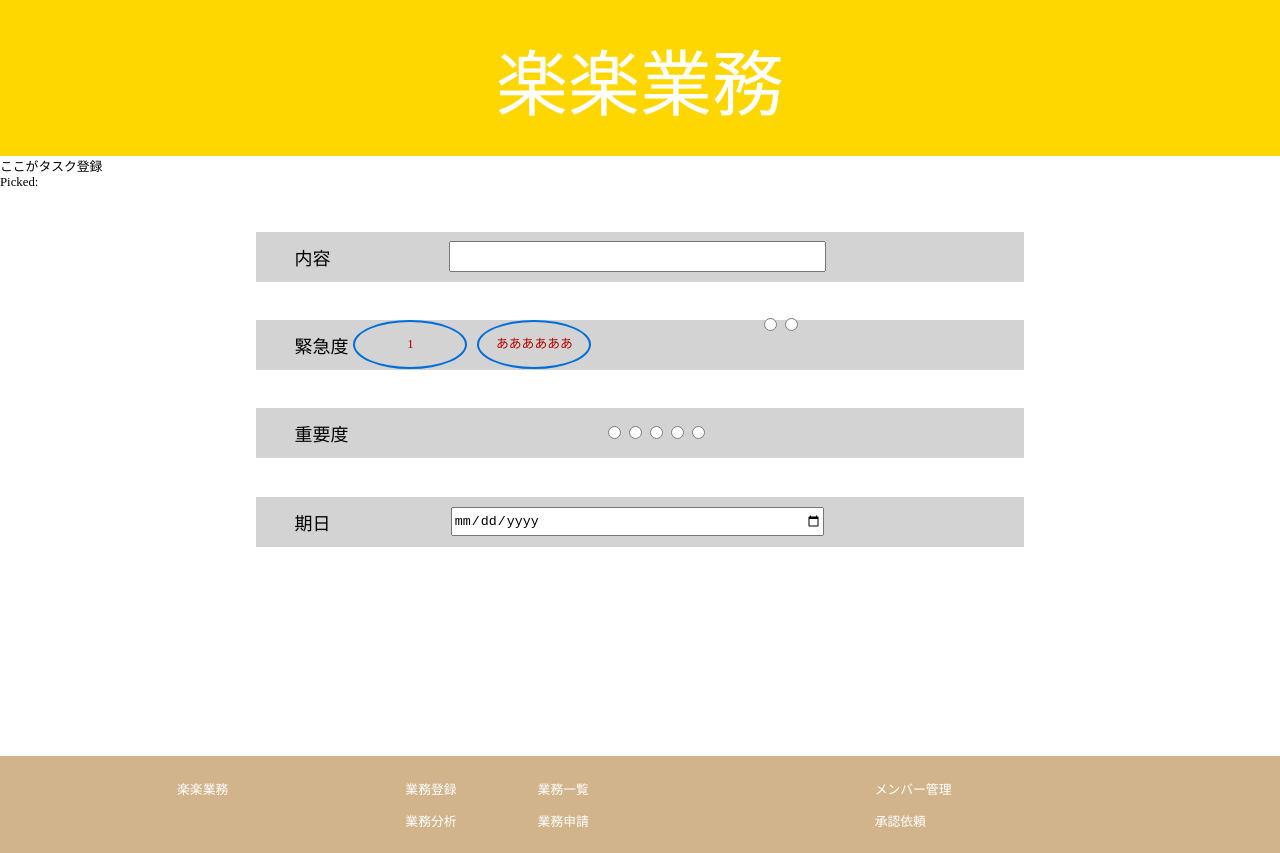
Repository: Reiya-1003/VueReplaceTask
Page: /#/register
These files come from the project's save history. The page is drawn as it stood at one moment and after the next save; the edit follows.
The browser window is 1280 px wide. The pictures show the whole page.
The project was rebuilt for these pictures with package versions that can differ from the ones it lists, and the page was loaded fresh each time. Also part of the build but not shown: vue.config.js, src/components/pages/PageHome.vue.

Above is the page before, as saved 2022-06-16 16:40:07.

### public/index.html
<!DOCTYPE html>
<html lang="">
  <head>
    <meta charset="utf-8">
    <meta http-equiv="X-UA-Compatible" content="IE=edge">
    <meta name="viewport" content="width=device-width,initial-scale=1.0">
    <link rel="icon" href="<%= BASE_URL %>favicon.ico">
    <link rel="stylesheet" href="style.css">
    <title><%= htmlWebpackPlugin.options.title %></title>
  </head>
  <body>
    <noscript>
      <strong>We're sorry but <%= htmlWebpackPlugin.options.title %> doesn't work properly without JavaScript enabled. Please enable it to continue.</strong>
    </noscript>
    <div id="app"></div>
    <!-- built files will be auto injected -->
  </body>
</html>

### src/main.js
import Vue from 'vue'
import App from './App.vue'
import router from './roter'

Vue.config.productionTip = false


new Vue({
  router,
  render: h => h(App),
}).$mount('#app')

### src/App.vue
<template>
  <div>
      <PageHeader />

        <!-- <PageHome /> -->
        <router-view />

      <PageFooter />
  </div>
</template>

<script>
import PageHeader from "./components/modules/PageHeader";
import PageFooter from "./components/modules/PageFooter";


export default {
  name: 'App',
  components: {
    PageHeader,
    PageFooter,


  },

}
</script>

<style>

</style>

### src/roter.js
import Vue from 'vue'
import VueRouter from 'vue-router'
import Home from '@/components/pages/PageHome.vue'
import Register from '@/components/pages/PageRegister.vue'




Vue.use(VueRouter)

export default new VueRouter({
  // デフォルトの挙動では URL に `#` が含まれる.
  // URL から hash を取り除くには `mode:history` を指定する
  // mode: 'history',
  base: __dirname,

  routes: [
    {
      path: '/',
      name: 'home',
      component: Home
    },
    {
      path: '/register',
      name: 'register',
      component: Register
    },



  ]

})

### src/components/modules/PageHeader.vue
<template>
  <header id="headerblock">

    <h1 id="title" ><router-link to="/" >楽楽業務</router-link></h1>


  </header>
</template>

<script>
export default {
  name: 'PageHeader',

}
</script>


<style lang="scss" type="text/css">
  #headerblock{
    height: 10%;
    width: 100%;
    background-color: #ffd700;
    h1{
      margin: 0;
      text-align: center;
      padding: 2%;
      color: white;
      font-size: 10vh;
      font-weight: normal;
      a{
      cursor: pointer;
      color: inherit;
      text-decoration: none;
    }
    }


  }
</style>

### src/components/modules/PageFooter.vue
<template>
  <div id="footblock">

    <div class="flexitem1">
      <p><router-link to="/" >楽楽業務</router-link></p>
    </div>
    <div class="flexitem2">
      <div>
        <!-- roter-linkになると思う -->
        <p><router-link to="/register">業務登録</router-link></p>
        <p>業務分析</p>
      </div>
      <div class="item">
        <p>業務一覧</p>
        <p>業務申請</p>
      </div>
    </div>
    <div class="flexitem3">
      <p>メンバー管理</p>
      <p>承認依頼</p>
    </div>


  </div>
</template>

<script>
export default {
  name: 'PageFooter',

}
</script>


<style lang="scss" type="text/css">
  #footblock{
    background-color: #d2b48c;
    color: white;
    display: flex;
    justify-content: space-around;

    .flexitem1{
      width: 100%;
      text-align: center;
      padding-top: 10px;
      padding-bottom: 10px;
      a{
      cursor: pointer;
      color: inherit;
      text-decoration: none;
      }
    }
    .flexitem2{
      width: 100%;
      display: flex;
      padding-top: 10px;
      padding-bottom: 10px;
      justify-content: flex-start;
      a{
      cursor: pointer;
      color: inherit;
      text-decoration: none;
      }
      .item{
        padding-left: 20%;
      }
    }
    .flexitem3{
      padding-top: 10px;
      padding-bottom: 10px;
      padding-left: 5%;
      width: 100%;
      a{
      cursor: pointer;
      color: inherit;
      text-decoration: none;
      }
    }
  }
</style>

### src/components/pages/PageRegister.vue
<template>
  <div style="height: 600px">
    <div>ここがタスク登録</div>
    <span>Picked: {{ picked }}</span>

    <div class="listbox">
      <div class="listitem">
        <span class="itemtitle">内容</span
        ><span class="item"><input type="text" class="textinput" /></span>
      </div>
      <div class="listitem">
        <span class="itemtitle">緊急度</span>
        <span class="item">
          <input type="radio" id="one" value="one" name="Urgency" class="radioinput" v-model="picked"/><label
            for="one"
            >1</label>
          <input type="radio" id="two" value="two" name="Urgency" class="radioinput" v-model="picked"/><label
            for="two"
            >ああああああ</label>

        </span>
      </div>
      <div class="listitem">
        <span class="itemtitle">重要度</span
        ><span class="item"
          ><input type="radio" /><input type="radio" /><input
            type="radio" /><input type="radio" /><input type="radio"
        /></span>
      </div>
      <div class="listitem">
        <span class="itemtitle">期日</span
        ><span class="item"><input type="date" class="dateinput" /></span>
      </div>
    </div>
  </div>
</template>

<script>
export default {
  name: "PageRegister",
  data(){
    return{
      picked:""
    }
  }
};
</script>

<style lang="scss" type="text/css">
.listbox {
  margin: 3px auto;
  height: 400px;
  width: 60%;
  display: flex;
  flex-direction: column;

  .listitem {
    height: 50px;
    display: flex;
    align-items: center;
    margin-top: 5%;
    background-color: lightgray;
    text-align: center;
    .itemtitle {
      margin-left: 5%;
      font-size: large;
    }
    .item {
      width: 80%;
      .textinput {
        width: 60%;
        height: 25px;
      }
      .dateinput {
        width: 60%;
        height: 25px;
      }
      input[type=radio] {


}
input[type="radio"]::checked + label {
background: #31A9EE;/* マウス選択時の背景色を指定する */
color: #ffffff; /* マウス選択時のフォント色を指定する */
}
label:hover {
background-color: #E2EDF9; /* マウスオーバー時の背景色を指定する */
}
label {
display: block; /* ブロックレベル要素化する */
float: left; /* 要素の左寄せ・回り込を指定する */
margin: 5px; /* ボックス外側の余白を指定する */
width: 100px; /* ボックスの横幅を指定する */
height: 45px; /* ボックスの高さを指定する */
padding-left: 5px; /* ボックス内左側の余白を指定する */
padding-right: 5px; /* ボックス内御右側の余白を指定する */
color: #b20000; /* フォントの色を指定 */
text-align: center; /* テキストのセンタリングを指定する */
line-height: 45px; /* 行の高さを指定する */
cursor: pointer; /* マウスカーソルの形（リンクカーソル）を指定する */
border: 2px solid #006DD9;/* ボックスの境界線を実線で指定する */
border-radius: 50% /* 角丸を指定する */
}




    }
  }
}
</style>

### public/style.css
body{
  margin: 0;
  font-size: 1vmax;
}

After the next save:
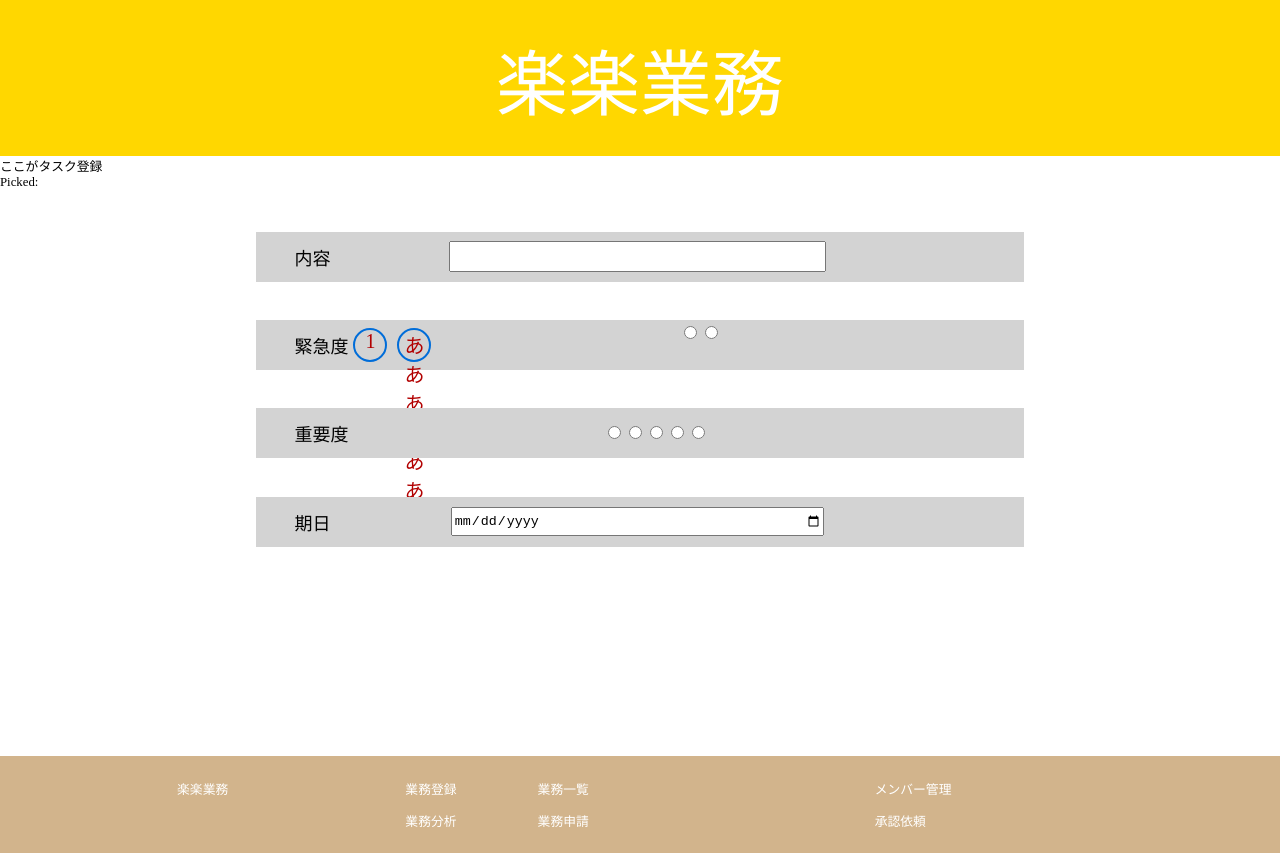
Saved 3 min 11 s later.
--- a/src/components/pages/PageRegister.vue
+++ b/src/components/pages/PageRegister.vue
@@ -87,19 +87,20 @@ label:hover {
 background-color: #E2EDF9; /* マウスオーバー時の背景色を指定する */
 }
 label {
-display: block; /* ブロックレベル要素化する */
-float: left; /* 要素の左寄せ・回り込を指定する */
-margin: 5px; /* ボックス外側の余白を指定する */
-width: 100px; /* ボックスの横幅を指定する */
-height: 45px; /* ボックスの高さを指定する */
-padding-left: 5px; /* ボックス内左側の余白を指定する */
-padding-right: 5px; /* ボックス内御右側の余白を指定する */
-color: #b20000; /* フォントの色を指定 */
-text-align: center; /* テキストのセンタリングを指定する */
-line-height: 45px; /* 行の高さを指定する */
-cursor: pointer; /* マウスカーソルの形（リンクカーソル）を指定する */
-border: 2px solid #006DD9;/* ボックスの境界線を実線で指定する */
-border-radius: 50% /* 角丸を指定する */
+    display: block;
+    float: left;
+    margin: 5px;
+    width: 30px;
+    height: 30px;
+    /* padding-left: 5px; */
+    /* padding-right: 5px; */
+    color: #b20000;
+    text-align: center;
+    /* line-height: 45px; */
+    cursor: pointer;
+    border: 2px solid #006DD9;
+    border-radius: 50%;
+    font-size: 20px;
 }
 
 
